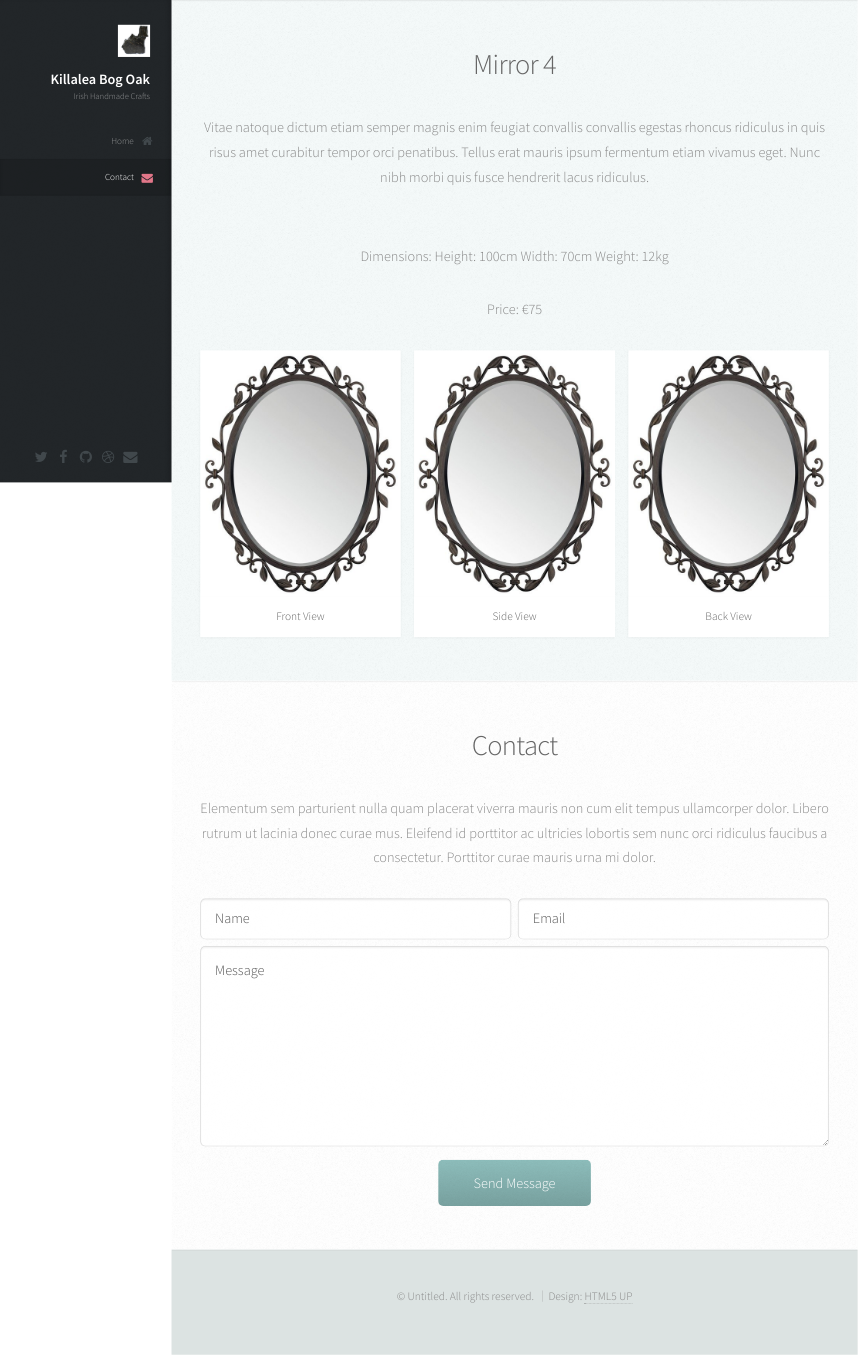
Repository: patrickkillalea/bogoak
Page: workspace/mirrors4.html
The author's editor kept a record of every edit. The page is drawn from the files as they stood at one moment, then again after the next edit.
The browser window is 1280 px wide. The pictures show the whole page, at 67% of full size.

Above is the page before.

After the next edit:
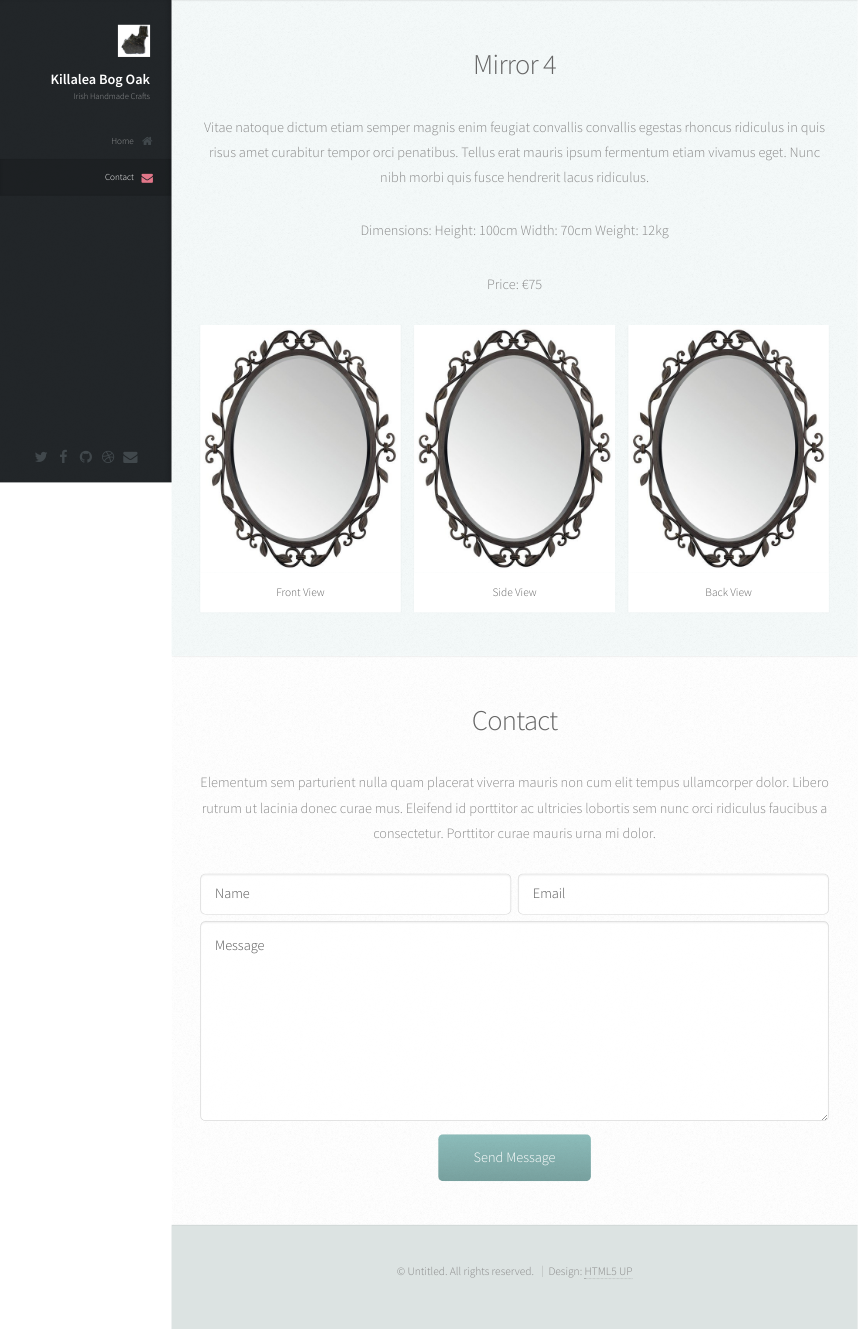
The edit:
--- a/workspace/mirrors4.html
+++ b/workspace/mirrors4.html
@@ -99,7 +99,7 @@
 				</header>
 
 				<p>Vitae natoque dictum etiam semper magnis enim feugiat convallis convallis egestas rhoncus ridiculus in quis risus amet curabitur tempor orci penatibus. Tellus erat mauris ipsum fermentum etiam vivamus eget. Nunc nibh morbi quis fusce hendrerit lacus
-					ridiculus.</p></br>
+					ridiculus.</p>
 					<p>Dimensions: Height: 100cm Width: 70cm Weight: 12kg</p>
 					<p>Price: €75</p>
 
